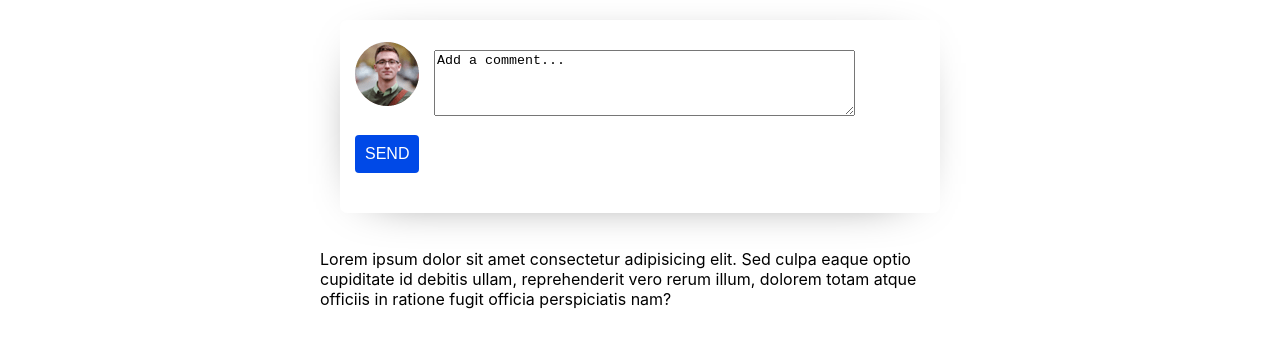
Repository: badhon252/interactive-comments-section
Page: /
These files come from the project's save history. The page is drawn as it stood at one moment and after the next save; the edit follows.
The browser window is 1280 px wide. The pictures show the whole page.
The project was rebuilt for these pictures with package versions that can differ from the ones it lists, and the page was loaded fresh each time.

Above is the page before, as saved 2022-01-27 21:47:47.

### public/index.html
<!DOCTYPE html>
<html lang="en">

<head>
  <meta charset="utf-8" />
  <link rel="icon" href="%PUBLIC_URL%/favicon.ico" />
  <meta name="viewport" content="width=device-width, initial-scale=1" />
  <meta name="theme-color" content="#000000" />
  <meta name="description" content="Web site created using create-react-app" />
  <link rel="apple-touch-icon" href="%PUBLIC_URL%/logo192.png" />

  <link rel="manifest" href="%PUBLIC_URL%/manifest.json" />

  <title>interactive-comments-section</title>
</head>

<body>
  <noscript>You need to enable JavaScript to run this app.</noscript>
  <div id="root"></div>

</body>

</html>

### src/App.js
import WriteComments from "./components/WriteComments";
// import WriteComments from "./components/WriteComments";

function App() {
  return (
    <div className="App">
      <WriteComments />
    </div>
  );
}

export default App;

### src/components/WriteComments.js
import React from "react";
import "../App.css";
import Avatar from "../images/avatars/image-juliusomo.png";
import Comments from "./Comments";
export default function WriteComments() {
  return (
    <div className="main-div">
      <div className="comment ">
        <form action="" className="comment-section shadow">
          <img src={Avatar} alt="images" />
          <textarea name="" id="" rows="4" cols="50">
            Add a comment...
          </textarea>
          <button className="submit-btn">SEND</button>
        </form>{" "}
      </div>
      <Comments />
    </div>
  );
}

### src/App.css
.main-div {
  width: 40rem;
  margin: auto;
}
.comment {
  display: flex;
  justify-content: center;
}
.comment-section {
  padding: 15px;
  margin: 20px;
  border-radius: 7px;
}

.submit-btn {
  background-color: rgb(0, 73, 231);
  color: white;
  border: none;
  border-radius: 4px;
  font-size: 1rem;
  padding: 10px;
  margin-bottom: 25px;
}

img {
  max-width: 80%;
  margin-bottom: 25px;
}
textarea {
  margin: 15px;
}

.shadow {
  box-shadow: -3px 7px 54px -36px rgba(0, 0, 0, 1);
  -webkit-box-shadow: -3px 7px 54px -36px rgba(0, 0, 0, 1);
  -moz-box-shadow: -3px 7px 54px -36px rgba(0, 0, 0, 1);
}

### src/components/Comments.js
import React from "react";

const Comments = () => {
  return (
    <div>
      <p className="single-comment">
        Lorem ipsum dolor sit amet consectetur adipisicing elit. Sed culpa eaque
        optio cupiditate id debitis ullam, reprehenderit vero rerum illum,
        dolorem totam atque officiis in ratione fugit officia perspiciatis nam?
      </p>
    </div>
  );
};

export default Comments;

Loaded but not shown: src/index.js (common file); src/index.css (common file); src/reportWebVitals.js (common file)

After the next save:
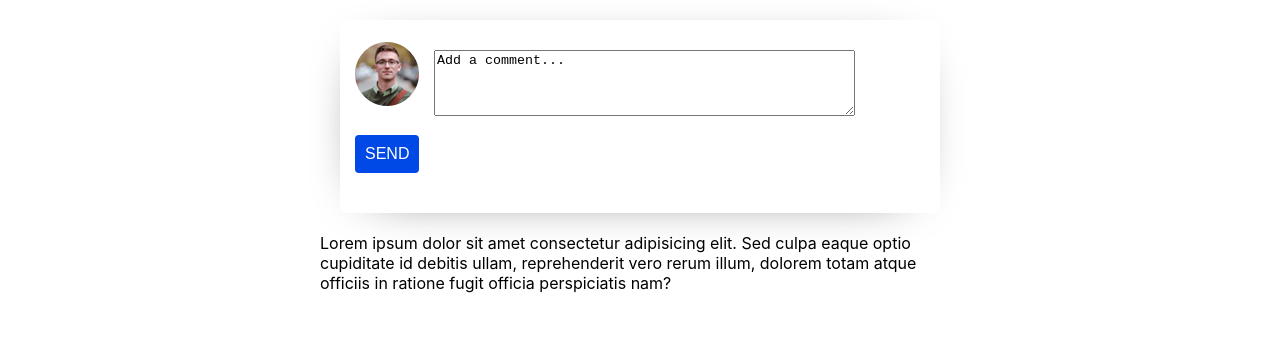
Saved 8 s later.
--- a/src/App.css
+++ b/src/App.css
@@ -3,8 +3,8 @@
   margin: auto;
 }
 .comment {
-  display: flex;
-  justify-content: center;
+  /* display: flex;
+  justify-content: center; */
 }
 .comment-section {
   padding: 15px;

After the 3 saves that followed:
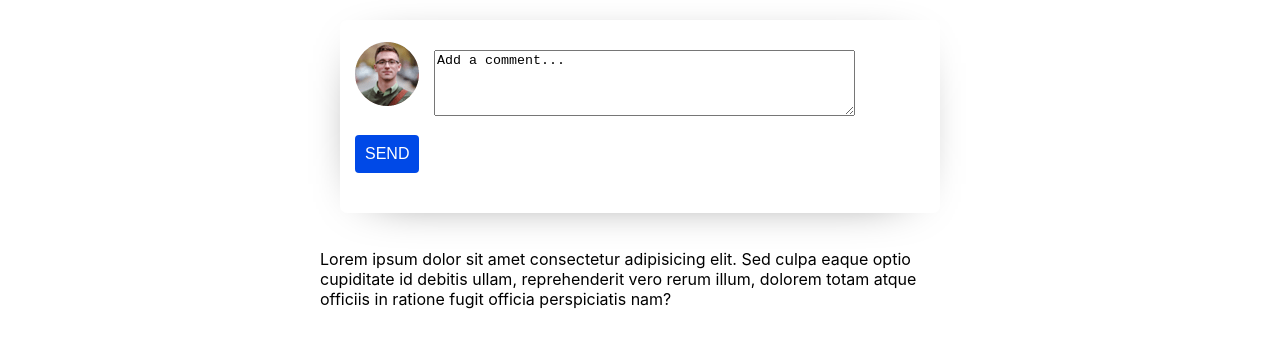
The 3 saves are shown as one change because 1 left the picture as it was and some came seconds apart.
The last was saved 14 s later.
--- a/src/App.css
+++ b/src/App.css
@@ -3,8 +3,8 @@
   margin: auto;
 }
 .comment {
-  /* display: flex;
-  justify-content: center; */
+  display: flex;
+  justify-content: center;
 }
 .comment-section {
   padding: 15px;
